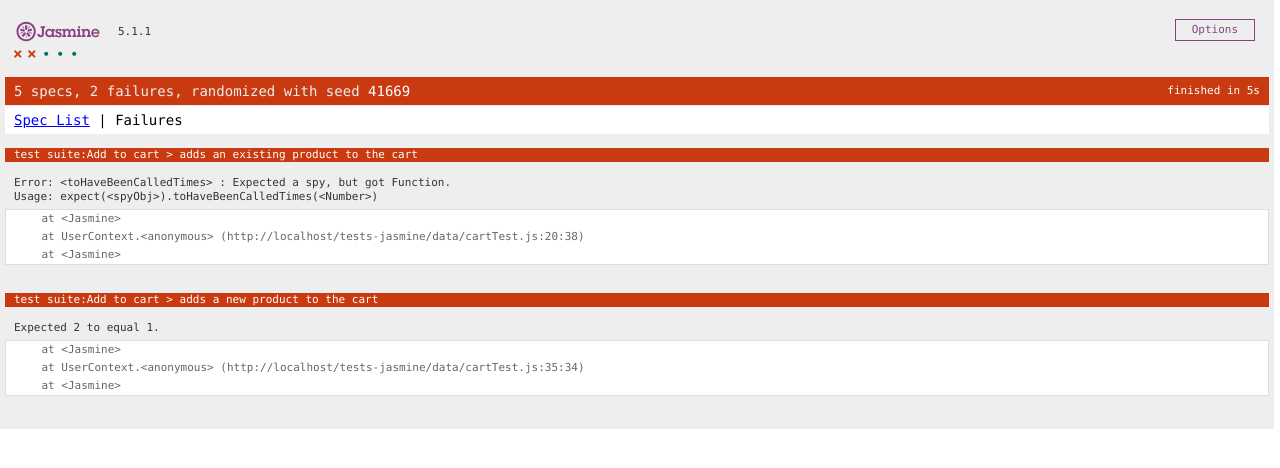
Repository: Srikeerthi05/Amazon-project
Page: tests-jasmine/tests.html
These files come from the project's save history. The page is drawn as it stood at one moment and after a run of saves; the edit follows.
The browser window is 1280 px wide. The pictures show the whole page.

Above is the page before, as saved 2025-05-25 13:44:14.

After the next 4 saves:
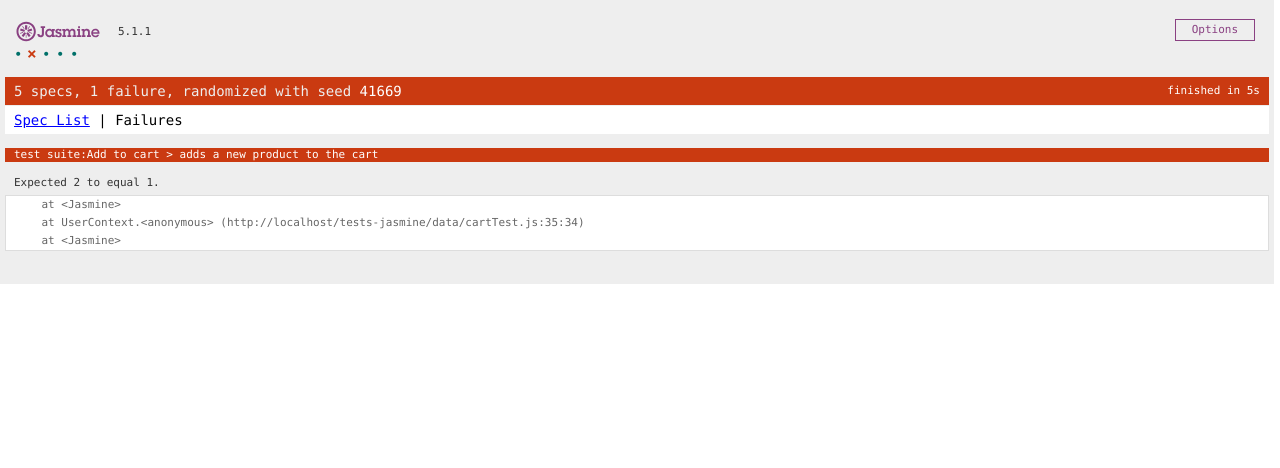
The 4 saves are shown as one change because they came seconds apart.
The last was saved 14 s later.
--- a/tests-jasmine/data/cartTest.js
+++ b/tests-jasmine/data/cartTest.js
@@ -2,7 +2,7 @@
 
 describe('test suite:Add to cart',()=>{
     it('adds an existing product to the cart',()=>{
-
+        spyOn(localStorage,'setItem');
 
         spyOn(localStorage,'getItem').and.callFake(()=>{
             return JSON.stringify([]);
